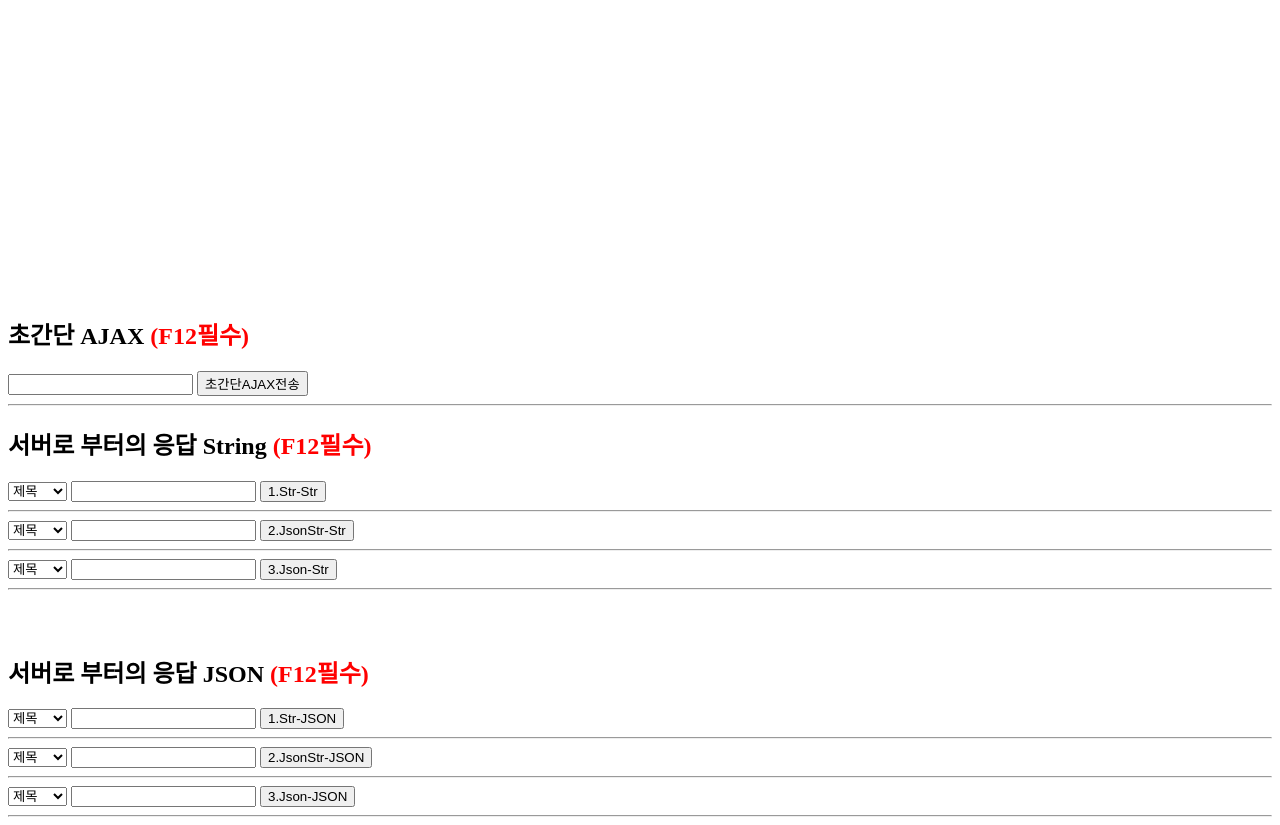
Repository: Won-Hyuk-Lee/kosta_java
Page: http://localhost/web_prj/lec_rest.jsp
The author's editor kept a copy of each file at every save. The page is drawn from the files as they stood at one save, then again after the next save.
The browser window is 1280 px wide. The pictures show the whole page.
The page is served by Tomcat 9. Nobody is signed in. The application's start-up code is not run. Other server files are loaded and not shown.

Above is the page before, as saved 2024-05-28 02:48:11.

### web_prj/src/main/webapp/lec_rest.jsp
<%@ page language="java" contentType="text/html; charset=UTF-8"
    pageEncoding="UTF-8"%>
<!DOCTYPE html>
<html>
<head>
<meta charset="UTF-8">
<title>Insert title here</title>
</head>
<body>
<!--  REST(Representational State Transfer)
		   : 웹 서비스를 위한 분산 시스템 아키텍처
		   - http 프로토콜 사용
		   - 데이터 포맷 : json/xml 주로 사용
		   - 개인정보 데이터 접근을 위해서는 토큰(OAuth2) 이용
		   - 서버(프로바이더)가 정한 규칙에 맞게 요청을 해야 응답을 받을 수 있다
		   ex) kakao  사용자 목록 가져오기
		       https://kapi.kakao.com/v1/user/ids
		       ${SERVICE_APP_ADMIN_KEY}
		       Content-type: application/x-www-form-urlencoded;charset=utf-8

      AJAX : 스크립트에서 비동기 통신을 위한 기술
		   : JSON/XML/TEXT/... 데이터표기를 사용해 데이터 송수신

	  $.ajax( { });

	  $.ajax({
	        *method      : "GET",
	        *url         : "/BoradServlet?pagecode=B001",
	        *data 		 : { "name":"kim" , "pw":"123" },    JSON표기 내부적변환 name=kim&pw=123
	  		             : { "name": ["kim","hong"]    }                     name=kim&name=hong
	  		             : "name=kim&pw=123"
	  		*error 	     : function(){   },
	  		*success     : function(){   },

	  		contentType : "application/x-www-form-urlencoded; charset=UTF-8"   ------ 보낼데이터 타입
	  		            : "application/json; charset=UTF-8"
	  		dataType    : (xml, json, script, or html, text),                  ------ 서버로부터온 응답데이터 타입

	  		beforeSend 	: function(){   },
	  		complete 	: function(){   },
	  		crossDomain : false,
	  		headers     : {k:v},
	  });

-->
<br><br><br><br><br><br><br><br><br><br><br><br><br><br><br><br>
<!--  ##################### 서버로 부터의 응답 String #######################  -->
<h2>초간단 AJAX <font color=red>(F12필수)</font></h2>
<form id="Str_Str_Form" >
<input id="searchGubun" type=hidden name="searchGubun" value="">
<input id="searchStr"   type="text" name="searchStr">
<input type="button" id="AjaxBtn" value="초간단AJAX전송">
</form>
<hr>
<div id="resultDIV"></div>

<!--  ##################### 서버로 부터의 응답 String #######################  -->
<h2>서버로 부터의 응답 String <font color=red>(F12필수)</font></h2>
<form id="Str_Str_Form1" action="/RestServlet" method="get">
<select name="searchGubun">
	<option value="title">제목</option>
	<option value="contents">내용</option>
	<option value="regid">글쓴이</option>
</select>
<input type="text" name="searchStr">
<input type="button" id="1__Str_Str_Btn" value="1.Str-Str">
</form>
<hr>

<form id="JsonStr_Str_Form" action="/RestServlet" method="get">
<select name="searchGubun">
	<option value="title">제목</option>
	<option value="contents">내용</option>
	<option value="regid">글쓴이</option>
</select>
<input type="text" name="searchStr">
<input type="button" id="2__JsonStr_Str_Btn"  value="2.JsonStr-Str">
</form>
<hr>

<form id="Json_Str_Form" action="/RestServlet" method="get">
<select name="searchGubun">
	<option value="title">제목</option>
	<option value="contents">내용</option>
	<option value="regid">글쓴이</option>
</select>
<input type="text" name="searchStr">
<input type="button" id="3__Json_Str_Btn"  value="3.Json-Str">
</form>
<hr><br><br>

<!--  ##################### 서버로 부터의 응답 JSON #######################  -->
<h2>서버로 부터의 응답 JSON <font color=red>(F12필수)</font></h2>
<form id="Str_Json_Form" action="/RestServlet" method="get">
<select name="searchGubun">
	<option value="title">제목</option>
	<option value="contents">내용</option>
	<option value="regid">글쓴이</option>
</select>
<input type="text" name="searchStr">
<input type="button" id="4__Str_Json_Btn"  value="1.Str-JSON">
</form>
<hr>

<form id="JsonStr_Json_Form" action="/RestServlet" method="get">
<select name="searchGubun">
	<option value="title">제목</option>
	<option value="contents">내용</option>
	<option value="regid">글쓴이</option>
</select>
<input type="text" name="searchStr">
<input type="button" id="5__JsonStr_Json_Btn"  value="2.JsonStr-JSON">
</form>
<hr>

<form id="Json_Json_Form" action="/RestServlet" method="get">
<select name="searchGubun">
	<option value="title">제목</option>
	<option value="contents">내용</option>
	<option value="regid">글쓴이</option>
</select>
<input type="text" name="searchStr">
<input type="button" id="6__Json_Json_Btn"   value="3.Json-JSON">
</form>
<hr>

<script src="https://code.jquery.com/jquery-3.7.1.js"></script>
<script>
	//$(function() {    });


	$("#AjaxBtn").click(  function(){
		//alert("초간단AJAX");
		var sg = $("#searchGubun").val();
		var ss = $("#searchStr").val();
		$.ajax({
			method      : "GET",
	        url         : "<%=request.getContextPath()%>/RestServlet",
	        data 		: "searchGubun="+sg+"&searchStr="+ss ,
	  		error 	    : function(myval){ console.log("이건에러:" + myval);   },
	  		success     : function(myval){
	  										console.log("이건성공:" + myval);
	  										$("#resultDIV").html("<b>"+myval+"</b>")
	  									 }
		});
	});

	$("#1__Str_Str_Btn").click(  function(){
		//alert("1");
		var sendFormData = $("#Str_Str_Form1").serialize();
		$.ajax({
			method      : "GET",
	        url         : "<%=request.getContextPath()%>/RestServlet",
	        data 		: sendFormData,
	  		error 	    : function(myval){ console.log("이건에러:" + myval);   },
	  		success     : function(myval){
	  										console.log("성공:" + myval);
	  										var myval_obj = JSON.parse(myval);
	  										console.log("성공변환:" + myval_obj);
	  										console.log("성공변환:" + myval_obj[0]["regid"]);

	  										var htmlStr = "<table border=1 width=50%><tr><th>제목</th><th>글쓴이</th></tr>";
	  										$.map( myval_obj, function( MYval, MYidx ) {
	  											htmlStr += "<tr><td>" +MYval["title"] + "</td><td>"+MYval["regid"] +"</td></tr>"
	  											//console.log(MYval["title"] + "," + MYval["regid"] + "," + MYidx);
											});
	  										htmlStr += "</html>";
	  										$("#resultDIV").empty();
	  										$("#resultDIV").html("1. <b>"+htmlStr+"</b>");
	  								 }
		});
	});
	$("#2__JsonStr_Str_Btn").click(  function(){
		alert("2");
	});
	$("#3__Json_Str_Btn").click(  function(){
		alert("3");
	});

	$("#4__Str_Json_Btn").click(  function(){
		alert("4");
	});
	$("#5__JsonStr_Json_Btn").click(  function(){
		alert("5");
	});
	$("#6__Json_Json_Btn").click(  function(){
		alert("6");
	});

</script>

</body>
</html>

After the next save:
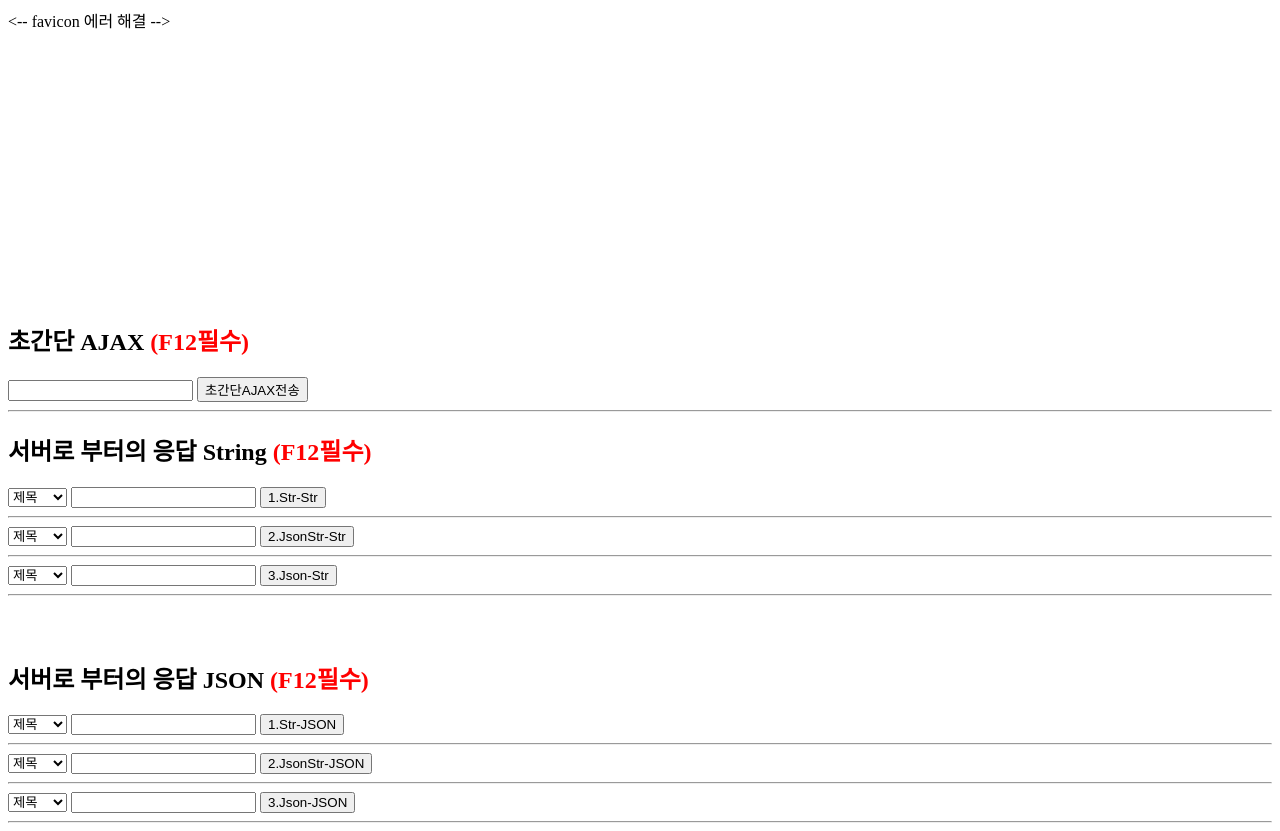
Saved 63 s later.
--- a/web_prj/src/main/webapp/lec_rest.jsp
+++ b/web_prj/src/main/webapp/lec_rest.jsp
@@ -5,6 +5,7 @@
 <head>
 <meta charset="UTF-8">
 <title>Insert title here</title>
+<link rel="shortcut icon" href="#"><-- favicon 에러 해결 -->
 </head>
 <body>
 <!--  REST(Representational State Transfer)

After the save that followed:
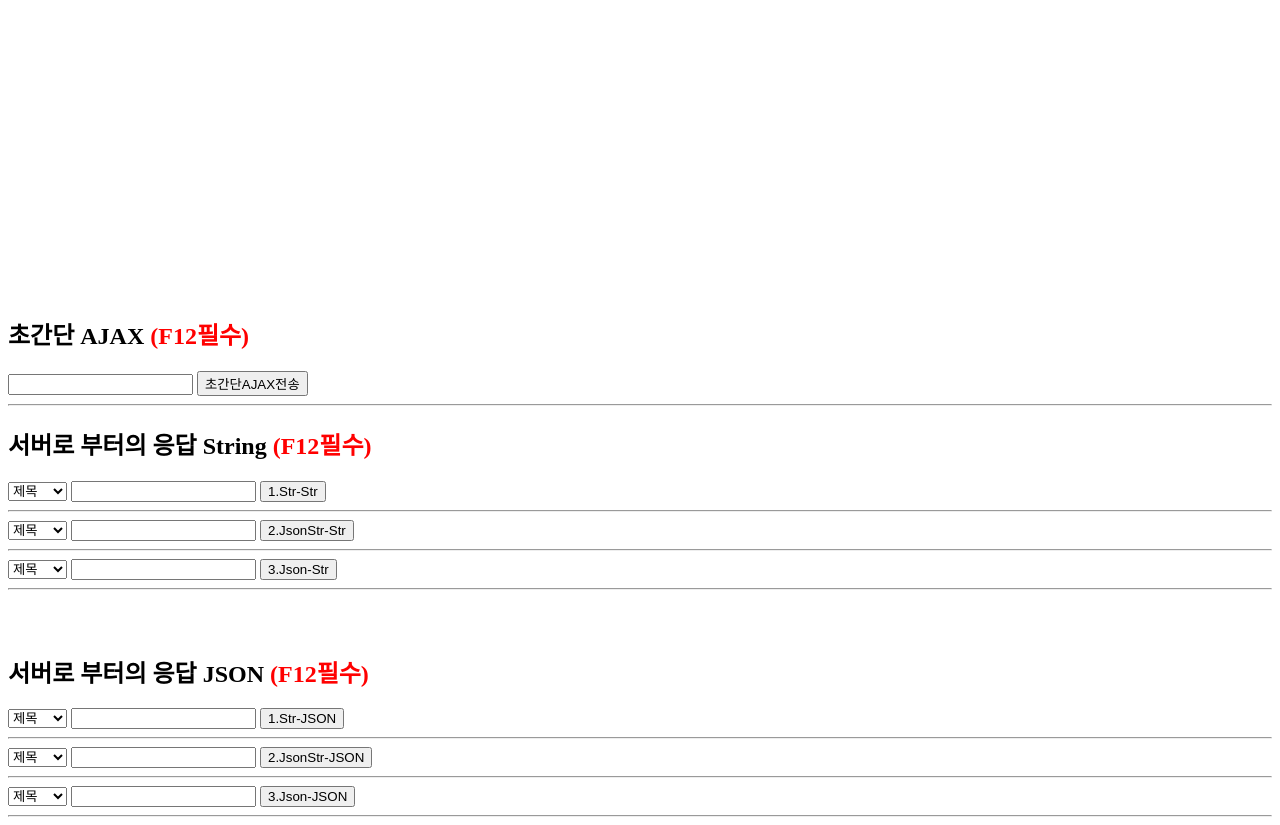
Saved 7 s later.
--- a/web_prj/src/main/webapp/lec_rest.jsp
+++ b/web_prj/src/main/webapp/lec_rest.jsp
@@ -5,7 +5,7 @@
 <head>
 <meta charset="UTF-8">
 <title>Insert title here</title>
-<link rel="shortcut icon" href="#"><-- favicon 에러 해결 -->
+<link rel="shortcut icon" href="#"><!-- favicon 에러 해결 -->
 </head>
 <body>
 <!--  REST(Representational State Transfer)
